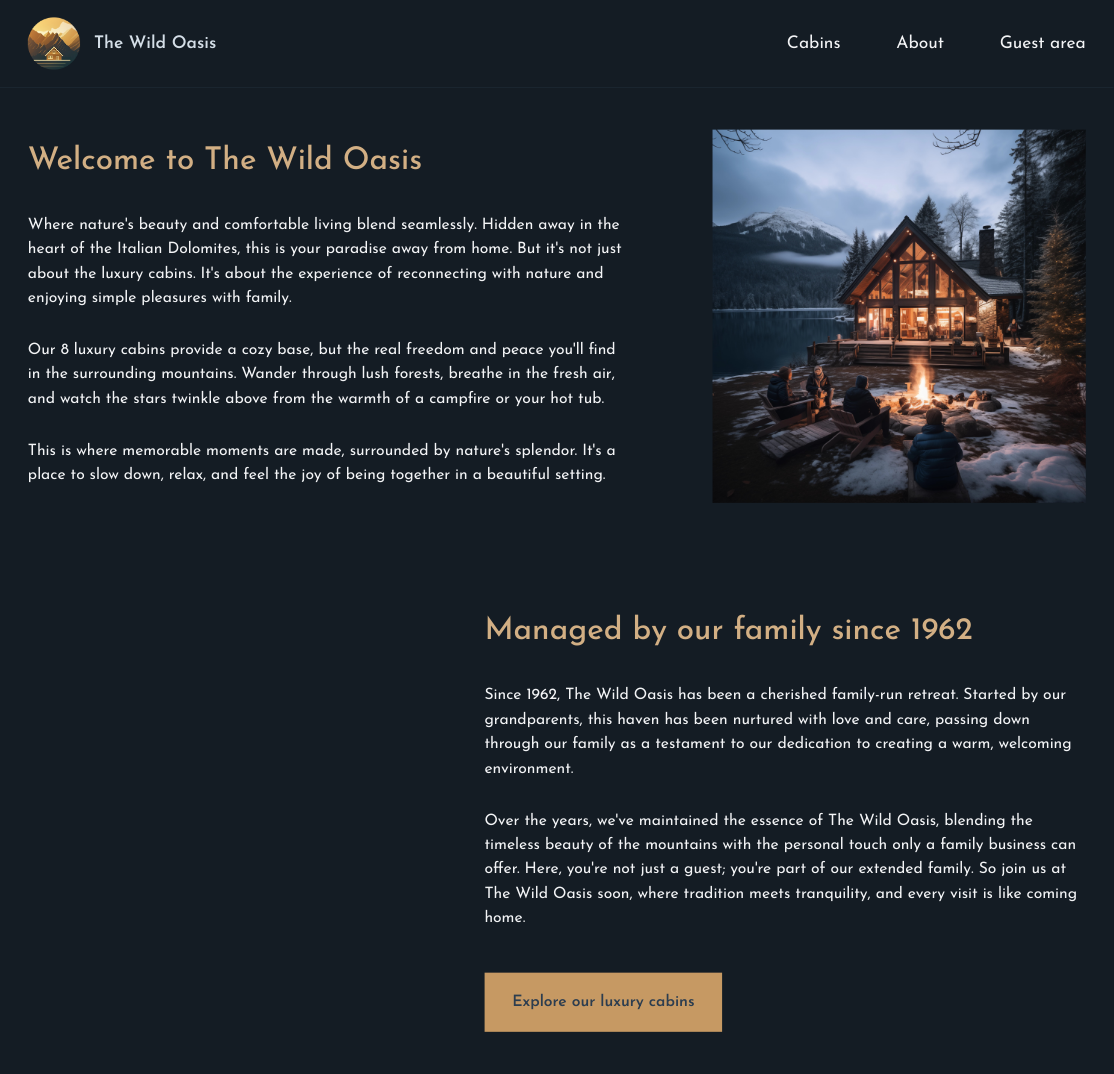
Repository: hyready/Next
Page: /about
An editor plug-in stored every save of this project. The page is shown before and after the next save, followed by the edit.
The browser window is 1280 px wide. The pictures show the whole page, at 87% of full size.
The project was rebuilt for these pictures with package versions that can differ from the ones it lists, and the page was loaded fresh each time. The framework's server and built-in components were replaced by stand-ins that run in the browser. Also part of the build but not shown: next.config.mjs.

Above is the page before, as saved 2025-01-06 15:35:43.

### app/layout.js
import '@/app/_styles/globals.css'
import { Josefin_Sans } from 'next/font/google'
import Header from '@/app/_components/Header'
const josefin = Josefin_Sans({
  subsets: ['latin'],
  display: 'swap'
})
export const metadata = {
  title: {
    template: '%s the world osis',
    default: 'the world next'
  },
  description:
    'Luxurious cabin hotel, located in the heart of the Italian Dolomites, surrounded by beautiful mountains and dark forests'
}

export default function RootLayout({ children }) {
  return (
    <html lang='en'>
      <body
        className={`${josefin.className} antialiased bg-primary-950 text-gray-100 min-h-screen flex flex-col`}
      >
        <Header />
        <div className='flex-1 px-8 py-12'>
          <main className='"max-w-7xl mx-auto '> {children}</main>
        </div>
      </body>
    </html>
  )
}

### app/about/page.js
import Image from 'next/image'
import image1 from '@/public/about-1.jpg'
export default function Page() {
  return (
    <div className='grid grid-cols-5 gap-x-24 gap-y-32 text-lg items-center'>
      <div className='col-span-3'>
        <h1 className='text-4xl mb-10 text-accent-400 font-medium'>
          Welcome to The Wild Oasis
        </h1>

        <div className='space-y-8'>
          <p>
            Where nature&apos;s beauty and comfortable living blend seamlessly.
            Hidden away in the heart of the Italian Dolomites, this is your
            paradise away from home. But it&apos;s not just about the luxury
            cabins. It&apos;s about the experience of reconnecting with nature
            and enjoying simple pleasures with family.
          </p>
          <p>
            Our 8 luxury cabins provide a cozy base, but the real freedom and
            peace you&apos;ll find in the surrounding mountains. Wander through
            lush forests, breathe in the fresh air, and watch the stars twinkle
            above from the warmth of a campfire or your hot tub.
          </p>
          <p>
            This is where memorable moments are made, surrounded by
            nature&apos;s splendor. It&apos;s a place to slow down, relax, and
            feel the joy of being together in a beautiful setting.
          </p>
        </div>
      </div>

      <div className='col-span-2'>
        <Image
          src={image1}
          quality={80}
          placeholder='blur'
          alt='Family sitting around a fire pit in front of cabin'
        />
      </div>

      <div className='col-span-2 relative '>
        <Image
          src='/about-2.jpg'
          fill
          className='object-cover object-center'
          alt='Family that manages The Wild Oasis'
        />
      </div>

      <div className='col-span-3'>
        <h1 className='text-4xl mb-10 text-accent-400 font-medium'>
          Managed by our family since 1962
        </h1>

        <div className='space-y-8'>
          <p>
            Since 1962, The Wild Oasis has been a cherished family-run retreat.
            Started by our grandparents, this haven has been nurtured with love
            and care, passing down through our family as a testament to our
            dedication to creating a warm, welcoming environment.
          </p>
          <p>
            Over the years, we&apos;ve maintained the essence of The Wild Oasis,
            blending the timeless beauty of the mountains with the personal
            touch only a family business can offer. Here, you&apos;re not just a
            guest; you&apos;re part of our extended family. So join us at The
            Wild Oasis soon, where tradition meets tranquility, and every visit
            is like coming home.
          </p>

          <div>
            <a
              href='/cabins'
              className='inline-block mt-4 bg-accent-500 px-8 py-5 text-primary-800 text-lg font-semibold hover:bg-accent-600 transition-all'
            >
              Explore our luxury cabins
            </a>
          </div>
        </div>
      </div>
    </div>
  )
}

### app/_components/Navigation.js
import Link from 'next/link'

export default function Navigation() {
  return (
    <nav className='z-10 text-xl'>
      <ul className='flex gap-16 items-center'>
        <li>
          <Link
            href='/cabins'
            className='hover:text-accent-400 transition-colors'
          >
            Cabins
          </Link>
        </li>
        <li>
          <Link
            href='/about'
            className='hover:text-accent-400 transition-colors'
          >
            About
          </Link>
        </li>
        <li>
          <Link
            href='/account'
            className='hover:text-accent-400 transition-colors'
          >
            Guest area
          </Link>
        </li>
      </ul>
    </nav>
  )
}

### app/_components/Logo.js
import Link from 'next/link'
import Image from 'next/image'
function Logo() {
  return (
    <Link
      href='/'
      className='flex items-center gap-4 z-10'
    >
      <Image
        height={60}
        width={60}
        alt='The Wild Oasis logo'
        src='/logo.png'
      />
      <span className='text-xl font-semibold text-primary-100'>
        The Wild Oasis
      </span>
    </Link>
  )
}

export default Logo

### tailwind.config.mjs
/** @type {import('tailwindcss').Config} */
module.exports = {
  content: [
    './pages/**/*.{js,ts,jsx,tsx,mdx}',
    './_components/**/*.{js,ts,jsx,tsx,mdx}',
    './app/**/*.{js,ts,jsx,tsx,mdx}'
  ],
  theme: {
    extend: {
      colors: {
        primary: {
          50: '#E1E8EF',
          100: '#D4DEE7',
          200: '#B7C7D7',
          300: '#99B0C7',
          400: '#7C99B6',
          500: '#5E82A6',
          600: '#4C6B8A',
          700: '#3C546C',
          800: '#2C3D4F',
          900: '#1B2631',
          950: '#141C24'
        },
        accent: {
          50: '#FAF5F0',
          100: '#F4ECE1',
          200: '#E8D6BF',
          300: '#DDC2A2',
          400: '#D2AF84',
          500: '#C69963',
          600: '#B78343',
          700: '#926835',
          800: '#6C4D28',
          900: '#4B351B',
          950: '#382814'
        }
      }
    }
  },
  plugins: []
}

Loaded but not shown: app/_styles/globals.css (common file); app/_components/Header.js (common file)

After the next save:
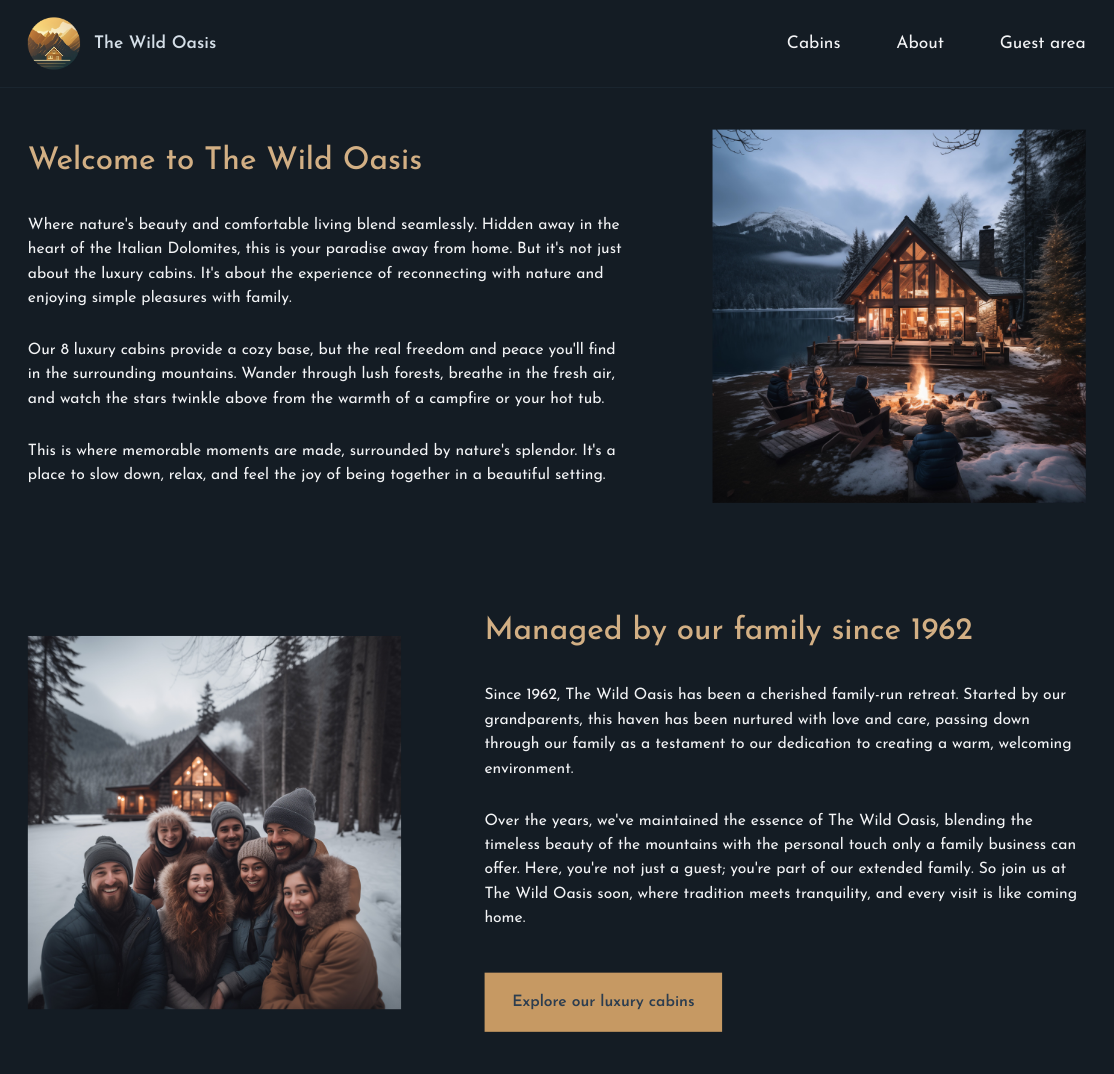
Saved 8 s later.
--- a/app/about/page.js
+++ b/app/about/page.js
@@ -39,7 +39,7 @@ export default function Page() {
         />
       </div>
 
-      <div className='col-span-2 relative '>
+      <div className='col-span-2 relative aspect-square'>
         <Image
           src='/about-2.jpg'
           fill
